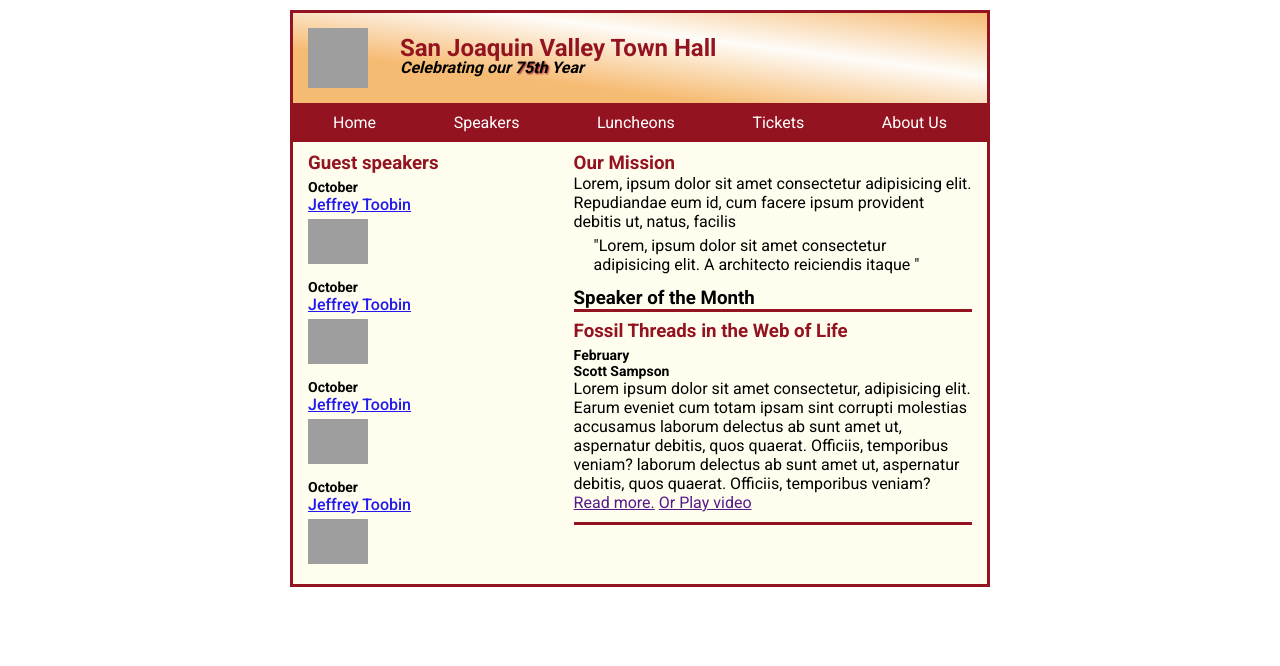
Repository: Mannj-nef/ex-5-6-7-8_IvVettech
Page: index.html
The author's editor kept a copy of each file at every save. The page is drawn from the files as they stood at one save, then again after the next save.
The browser window is 1280 px wide. The pictures show the whole page.
Pictures or frames that could not be fetched are drawn as grey boxes.

Above is the page before, as saved 2022-03-24 22:45:50.

After the next save:
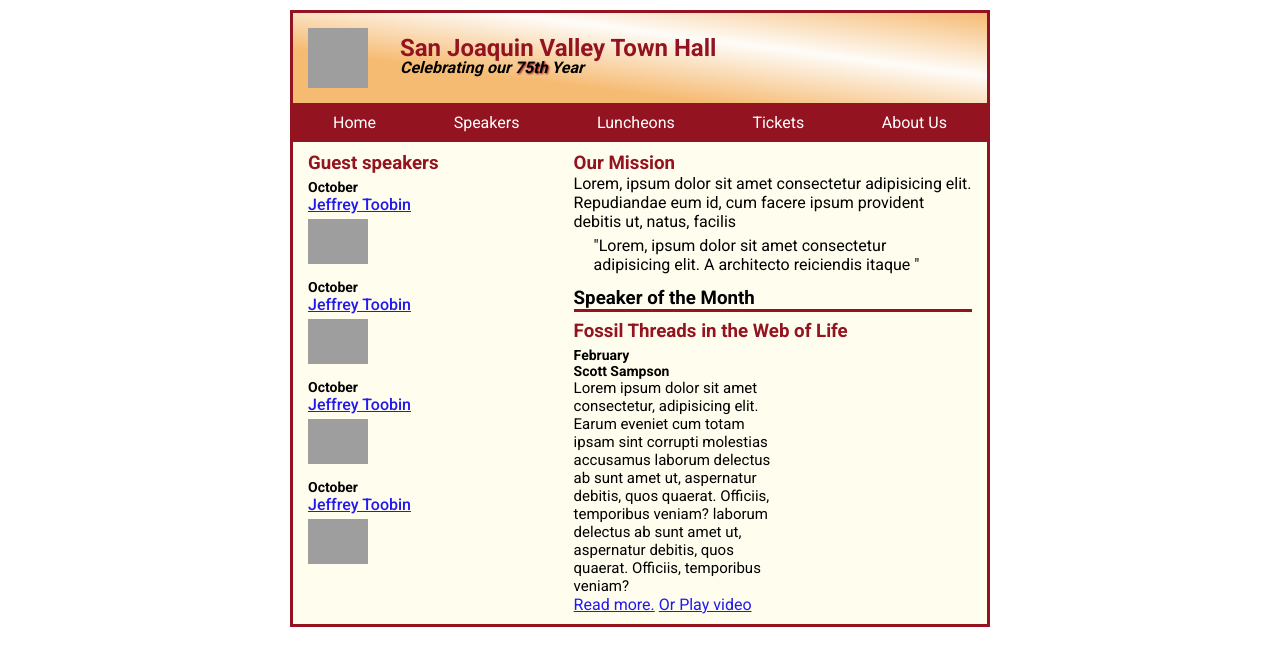
Saved 32 s later.
--- a/Asset/style.css
+++ b/Asset/style.css
@@ -126,21 +126,21 @@ html {
   border-bottom: 3px solid var(--prymary-color);
 }
 
-.constent-right__center {
+.constent-left__center {
   padding: 0 0 10px;
   border-bottom: 3px solid var(--prymary-color);
 }
 
-.constent-right__center-right {
+.constent-right__center-left {
   width: 50%;
 }
-.center-right_title {
+.center-left_title {
   margin-right: 10px;
 }
-.constent-right__center-desc {
+.constent-left__center-desc {
   font-size: 15px;
   line-height: 1.2;
 }
-.constent-right__center-link {
+.constent-left__center-link {
   color: var(--blue-color);
 }
